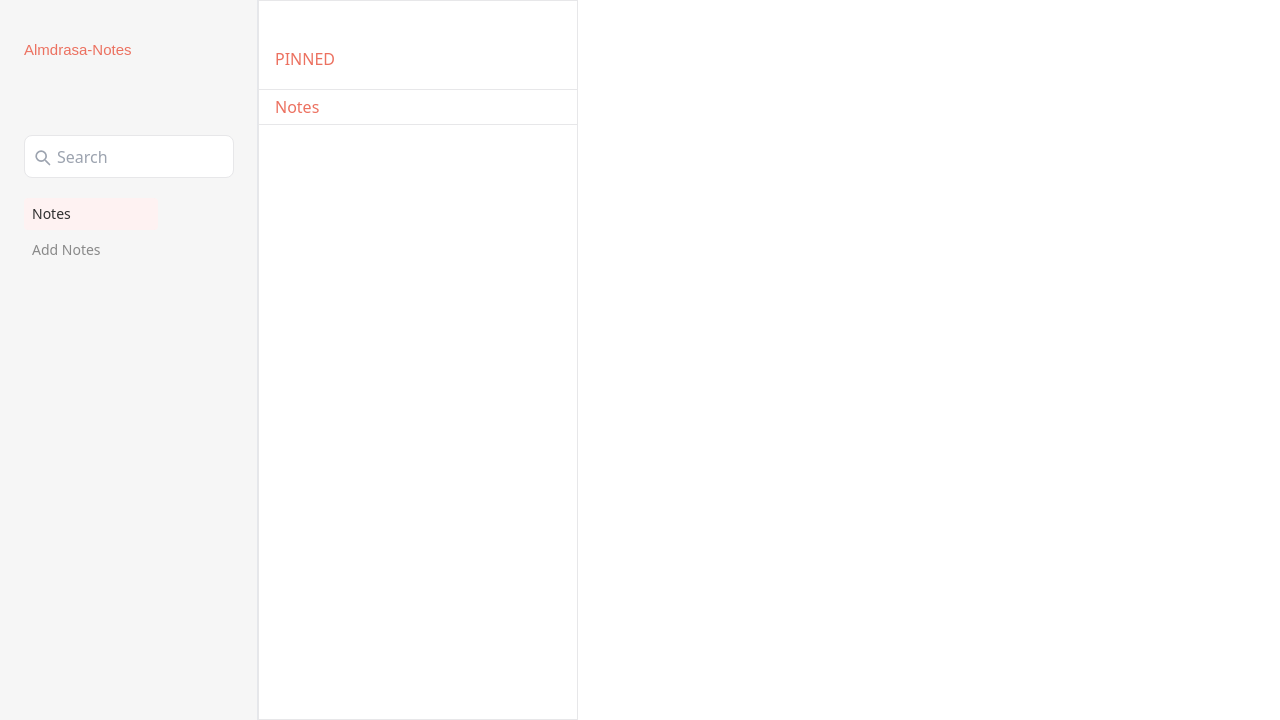
Repository: wafaa399/Note-App
Page: index.html
The author's editor kept a copy of each file at every save. The page is drawn from the files as they stood at one save, then again after the next save.
The browser window is 1280 px wide. The pictures show the whole page.
Some web fonts or font styles are not loaded; a fallback is used. Some web libraries are served in a nearby version.

Above is the page before, as saved 2026-07-18 00:10:55.

### index.html
<!doctype html>
<html lang="en">
  <head>
    <meta charset="UTF-8" />
    <meta name="viewport" content="width=device-width, initial-scale=1.0" />
    <meta
      name="description"
      content="A notes application built with HTML, CSS, and JavaScript."
    />
    <meta name="keywords" content="notes, HTML, CSS, JavaScript" />
    <link rel="icon" href="/img/Logo.png" type="image/png" />
    <title>Note App</title>
    <script src="https://cdn.tailwindcss.com"></script>
    <link rel="preconnect" href="https://fonts.googleapis.com" />
    <link rel="preconnect" href="https://fonts.gstatic.com" crossorigin />
    <link
      href="https://fonts.googleapis.com/css2?family=Aclonica&display=swap"
      rel="stylesheet"
    />

    <script>
      tailwind.config = {
        theme: {
          extend: {
            fontFamily: {
              aclonica: ["Aclonica", "sans-serif"],
            },
          },
        },
      };
    </script>
  </head>
  <script
    type="module"
    src="https://unpkg.com/ionicons@7.1.0/dist/ionicons/ionicons.esm.js"
  ></script>

  <script
    nomodule
    src="https://unpkg.com/ionicons@7.1.0/dist/ionicons/ionicons.js"
  ></script>

  <body class="bg-gray-100 h-screen overflow-hidden text-sm text-gray-800">
    <div class="flex h-screen w-screen relative">
      <!--------SIDEBAR -------->
      <aside
        id="sidebar"
        class="bg-[#F6F6F6] border-r border-gray-200 flex-shrink-0 overflow-hidden pl-6 pt-10"
        style="width: 16.125rem"
      >
        <div class="w-[8.375rem] h-[1.0625rem]">
          <h1
            class="font-aclonica text-[0.9375rem] text-[#EC7160] font-normal mb-[4.7rem]"
          >
            Almdrasa-Notes
          </h1>

          <div class="relative mb-5 w-[13.125rem] h-[2.6875rem]">
            <input
              type="text"
              placeholder="Search"
              class="w-full h-full text-[1rem] border border-[#E7E7E9] rounded-lg pl-8 py-2 outline-none focus:ring-1 focus:ring-red-400"
            />

            <svg
              class="w-5 h-5 text-gray-400 absolute left-2 top-1/2 -translate-y-1/2"
              fill="none"
              stroke="currentColor"
              viewBox="0 0 24 24"
            >
              <path
                stroke-linecap="round"
                stroke-linejoin="round"
                stroke-width="2"
                d="M21 21l-4.35-4.35M17 11a6 6 0 11-12 0 6 6 0 0112 0z"
              />
            </svg>
          </div>

          <nav class="space-y-1">
            <button
              data-view="notes"
              class="nav-item w-full text-left px-2 py-1.5 text-[#303030] rounded font-medium bg-red-50"
            >
              Notes
            </button>
            <button
              data-view="add"
              class="nav-item w-full text-left px-2 py-1.5 rounded text-[#898989]"
            >
              Add Notes
            </button>
          </nav>
        </div>
      </aside>

      <!--============NOTES LIST============ -->
      <section
        class="w-80 flex-shrink-0 border border-[#E7E7E9] bg-white text-[#EC7160] overflow-y-auto"
      >
        <div class="px-4 pt-12">
          <div class="mb-1">
            <p class="text-[1rem] font-normal mb-2">PINNED</p>
            <div id="pinnedList" class="space-y-1"></div>
          </div>

          <div class="mt-5">
            <div
              class="-mx-4 h-[36px] border-y border-[#E7E7E9] flex items-center"
            >
              <p class="px-4 text-[1rem] font-normal">Notes</p>
            </div>

            <div id="notesList" class="space-y-1"></div>
          </div>
        </div>
      </section>
      <!----------TOGGLE BUTTON ------------->
      <!-- <button
        id="toggleBtn"
        class="absolute top-1/2 -translate-y-1/2 z-20 bg-white border border-gray-200 rounded-full w-6 h-6 flex items-center justify-center shadow-sm hover:bg-gray-50 transition-all"
        style="left: 232px"
      >
        <svg
          id="toggleIcon"
          class="w-3.5 h-3.5 text-gray-500 transition-transform"
          fill="none"
          stroke="currentColor"
          viewBox="0 0 24 24"
        >
          <path
            stroke-linecap="round"
            stroke-linejoin="round"
            stroke-width="2"
            d="M15 19l-7-7 7-7"
          />
        </svg>
      </button> -->

      <!-- ============ NOTE DETAIL ============ -->
      <main class="flex-1 overflow-y-auto bg-white">
        <div id="detailView" class="max-w-2xl mx-auto p-8"></div>
      </main>
    </div>
  </body>
</html>

After the next save:
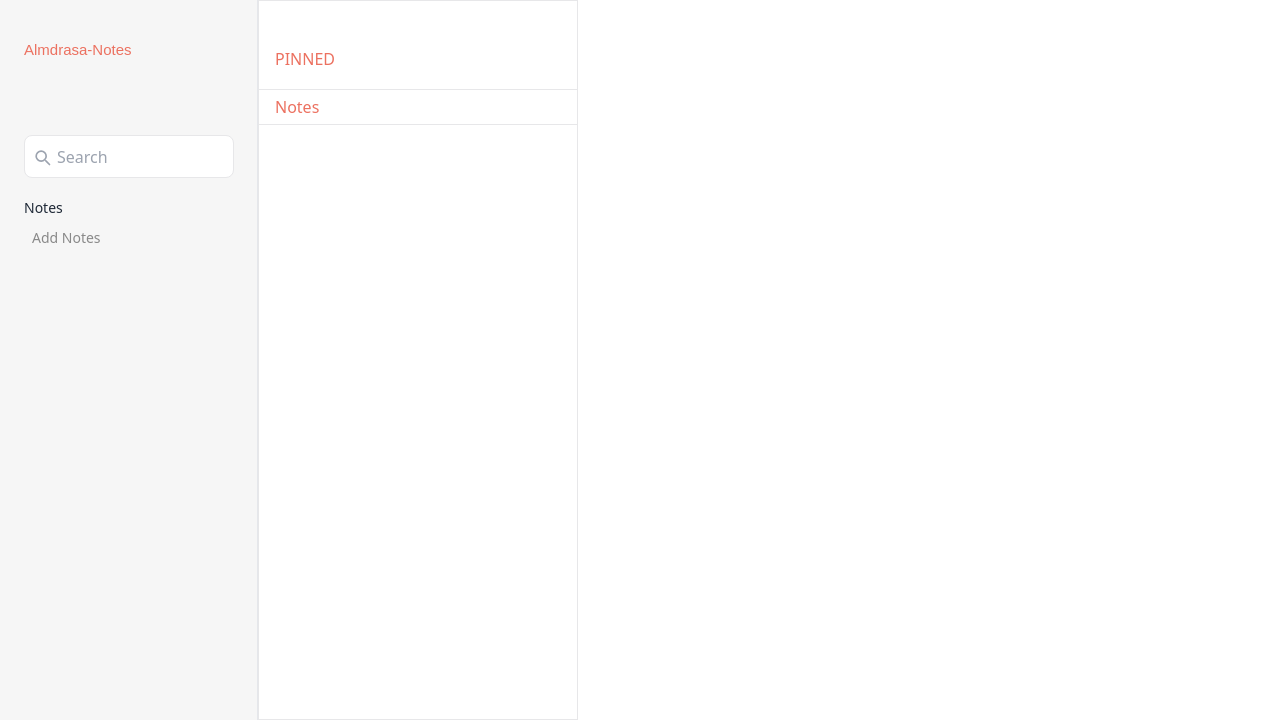
Saved 35 s later.
--- a/index.html
+++ b/index.html
@@ -80,7 +80,7 @@
           <nav class="space-y-1">
             <button
               data-view="notes"
-              class="nav-item w-full text-left px-2 py-1.5 text-[#303030] rounded font-medium bg-red-50"
+              class="" text-left px-2 py-1.5 text-[#303030] rounded font-medium bg-red-50"
             >
               Notes
             </button>

After the save that followed:
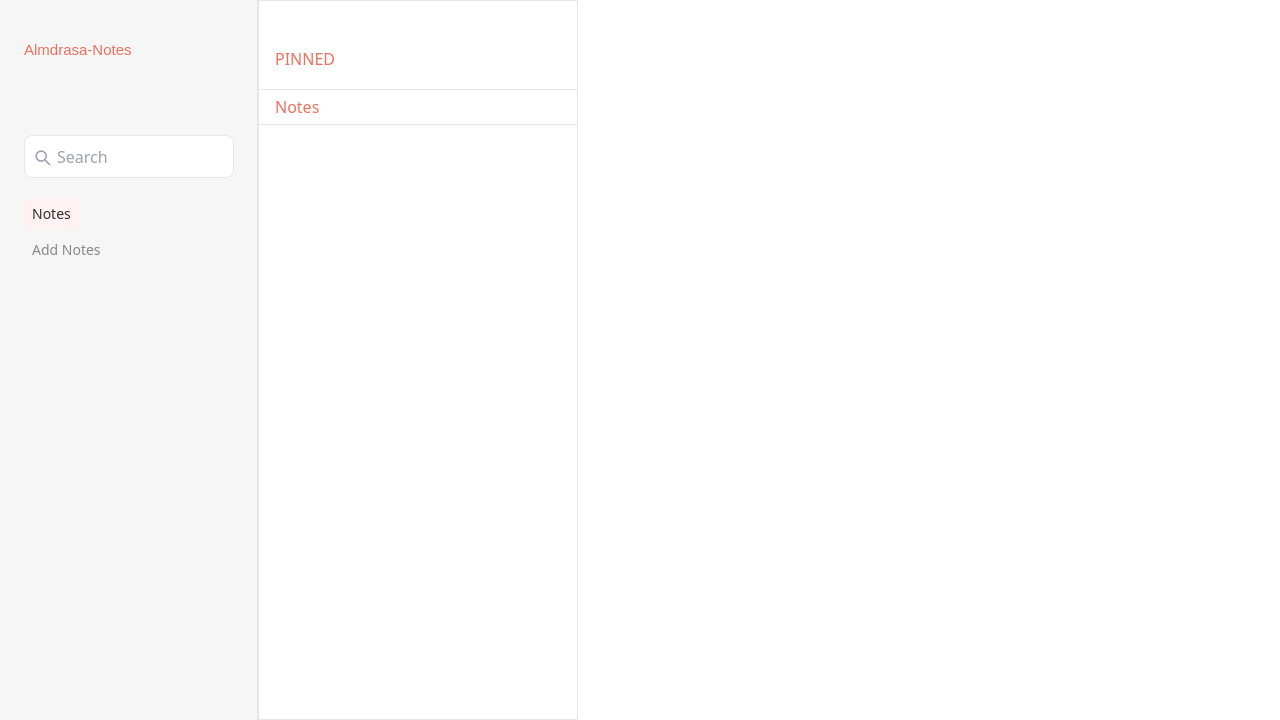
Saved 14 s later.
--- a/index.html
+++ b/index.html
@@ -80,7 +80,7 @@
           <nav class="space-y-1">
             <button
               data-view="notes"
-              class="" text-left px-2 py-1.5 text-[#303030] rounded font-medium bg-red-50"
+              class="text-left px-2 py-1.5 text-[#303030] rounded font-medium bg-red-50"
             >
               Notes
             </button>
